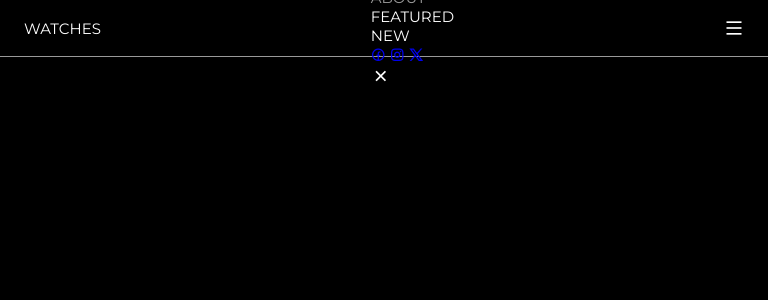
Repository: dinhhaidh/Responsive-wacthes-slider
Page: index.html
An editor plug-in stored every save of this project. The page is shown before and after a run of saves, followed by the edit.
The browser window is 768 px wide. The pictures show the whole page.

Above is the page before, as saved 2024-03-05 18:15:53.

### index.html
<!DOCTYPE html>
<html lang="en">
<head>
    <meta charset="UTF-8">
    <meta name="viewport" content="width=device-width, initial-scale=1.0">

    <!--=============== FAVICON ===============-->
    <link rel="shortcut icon" href="assets/img/favicon.png" type="image/x-icon">

    <!--=============== REMIXICONS ===============-->
    <link rel="stylesheet" href="https://cdnjs.cloudflare.com/ajax/libs/remixicon/3.5.0/remixicon.css">

    <!--=============== SWIPER CSS ===============-->
    <link rel="stylesheet" href="./css/swiper-bundle.min.css">

    <!--=============== CSS ===============-->
    <link rel="stylesheet" href="./css/style.css">

    <title>Responsive wacthes website</title>
</head>
<body>
    <!--==================== HEADER ====================-->
    <header class="header" id="header">
        <nav class="nav container">
            <a href="#" class="nav__logo">WATCHES</a>

            <div class="nav__menu" id="nav-menu">
                <ul class="nav__list">
                    <li class="nav__item">
                        <a href="#" class="nav__link">HOME</a>
                    </li>
                    <li class="nav__item">
                        <a href="#" class="nav__link"></a>ABOUT</a>
                    </li>
                    <li class="nav__item">
                        <a href="#" class="nav__link">FEATURED</a>
                    </li>
                    <li class="nav__item">
                        <a href="#" class="nav__link">NEW</a>
                    </li>
                </ul>
                <div class="nav__social">
                    <a href="https://www.facebook.com" target="_blank" class="nav__social-link">
                        <i class="ri-facebook-circle-line"></i>
                    </a>
                    <a href="https://www.instagram.com" target="_blank" class="nav__social-link">
                        <i class="ri-instagram-line"></i>
                    </a>
                    <a href="https://www.twitter.com" target="_blank" class="nav__social-link">
                        <i class="ri-twitter-x-line"></i>
                    </a>
                </div>

                <!-- close button -->
                <div class="nav__close" id="nav-close">
                    <i class="ri-close-line"></i>
                </div>
            </div>

            <!-- Toggle button -->
            <div class="nav__toggle" id="nav-toggle">
                <i class="ri-menu-line"></i>
            </div>
        </nav>
    </header>

    <!--==================== MAIN ====================-->
    <main class="main">
        <!--==================== HOME ====================-->
        <section class="home">

        </section>
    </main>

    <!--=============== GSAP ===============-->
    <script src="./js/gsap.min.js"></script>

    <!--=============== SWIPER JS ===============-->
    <script src="./js/scrollreveal.min.js"></script>

    <script src="https://code.jquery.com/jquery-3.7.1.slim.min.js"></script>

    <!--=============== MAIN JS ===============-->
    <script src="./js/main.js"></script>
</body>
</html>

### css/style.css
/*=============== GOOGLE FONTS ===============*/
@import url("https://fonts.googleapis.com/css2?family=Montserrat:wght@400;600;700&display=swap");

/*=============== VARIABLES CSS ===============*/
:root {
    --header-height: 3.5rem;

    /*========== Colors ==========*/
    /*Color mode HSL(hue, saturation, lightness)*/
    --title-color: hsl(0, 0%, 100%);
    --text-color: hsl(0, 0%, 60%);
    --body-color: hsl(0, 0%, 0%);

    /*========== Font and typography ==========*/
    /*.5rem = 8px | 1rem = 16px ...*/
    --body-font: "Montserrat", sans-serif;
    --h1-font-size: 1.5rem;
    --h3-font-size: 1rem;
    --normal-font-size: .938rem;
    --small-font-size: .813rem;

    /*========== Font weight ==========*/
    --font-regular: 400;
    --font-semi-bold: 600;
    --font-bold: 700;

    /*========== z index ==========*/
    --z-tooltip: 10;
    --z-fixed: 100;
    }

/*========== Responsive typography ==========*/
@media screen and (min-width: 1152px) {
    :root {
        --h1-font-size: 2.25rem;
        --h3-font-size: 1.25rem;
        --normal-font-size: 1rem;
        --small-font-size: .875rem;
    }
}

/*=============== BASE ===============*/
* {
    box-sizing: border-box;
    padding: 0;
    margin: 0;
}

body {
    font-family: var(--body-font);
    font-size: var(--normal-font-size);
    background-color: var(--body-color);
    color: var(--text-color);
}

ul {
    list-style: none;
}

a {
    text-decoration: none;
}

img {
    display: block;
    max-width: 100%;
    height: auto;
}

/*=============== REUSABLE CSS CLASSES ===============*/
.container {
    max-width: 1120px;
    margin-inline: 1.5rem;
}

.main {
    overflow: hidden;
}

/*=============== HEADER & NAV ===============*/
.header{
    position: fixed;
    top: 0;
    left: 0;
    width: 100%;
    background-color: var(--body-color);
    border-bottom: 1px solid var(--text-color);
    z-index: var(--z-fixed);
}
.nav{
    height: var(--header-height);
    position: relative;
    display:flex;
    justify-content: space-between;
    align-items: center;
}
.nav__logo{
    color: var(--title-color);
}
.nav__toggle,
.nav__close{
    cursor: pointer;
    color: var(--title-color);
    font-size: 1.25rem;
}
.nav__link{
    color: var(--title-color);
}

/* Navigation for mobile devices */
@media screen and (max-width: 1023.98px) {
    .nav__menu{

    }
}


/* Show menu */


/*=============== HOME ===============*/


/* Swiper class */


/*=============== SCROLL BAR ===============*/


/*=============== BREAKPOINTS ===============*/
/* For small devices */


/* For medium devices */


/* For large devices */


/* For taller devices */

Loaded but not shown: css/swiper-bundle.min.css (library); js/gsap.min.js (library); js/scrollreveal.min.js (library); js/main.js (no copy from this time; the picture is the same without it)

After the next 3 saves:
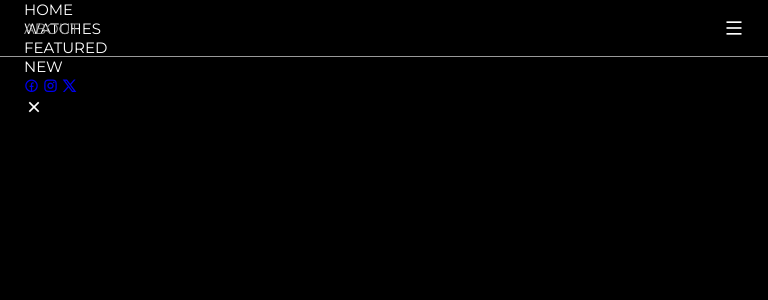
The 3 saves are shown as one change because they came seconds apart.
The last was saved 10 s later.
--- a/css/style.css
+++ b/css/style.css
@@ -110,6 +110,8 @@ img {
 /* Navigation for mobile devices */
 @media screen and (max-width: 1023.98px) {
     .nav__menu{
+        position: fixed;
+        top: 0;
 
     }
 }
